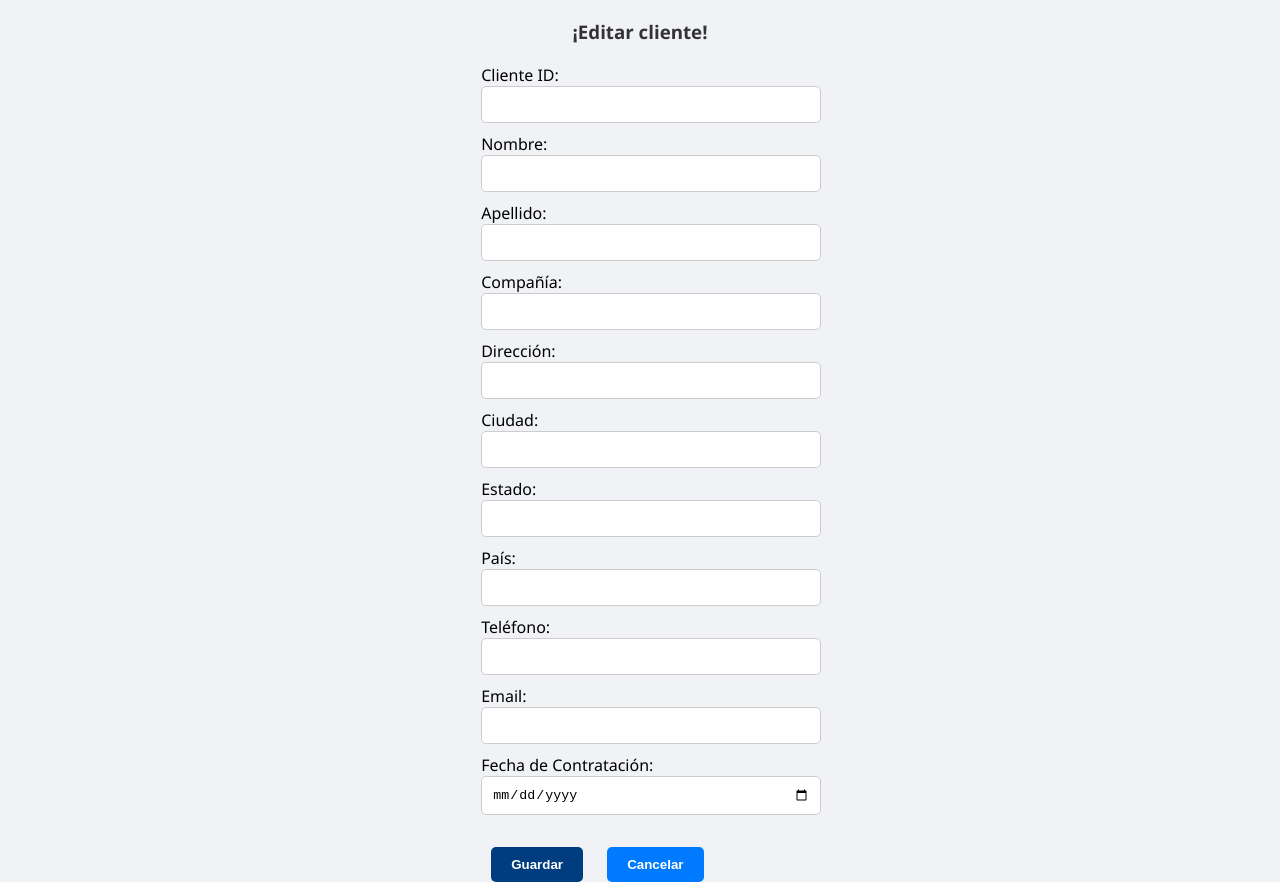
Repository: ANGELEDU141/EXAMEN-PROFE-RAUL
Page: http://localhost/demo/WEB-INF/views/Customer/editar.jsp
An editor plug-in stored every save of this project. The page is shown before and after the next save, followed by the edit.
The browser window is 1280 px wide. The pictures show the whole page.
The first visible `button` is being pressed.
The page is served by Tomcat 9. Nobody is signed in. The template is opened directly, without the code that normally fills it, so the values that code supplies are empty.

Above is the page before, as saved 2024-09-26 02:48:43.

After the next save:
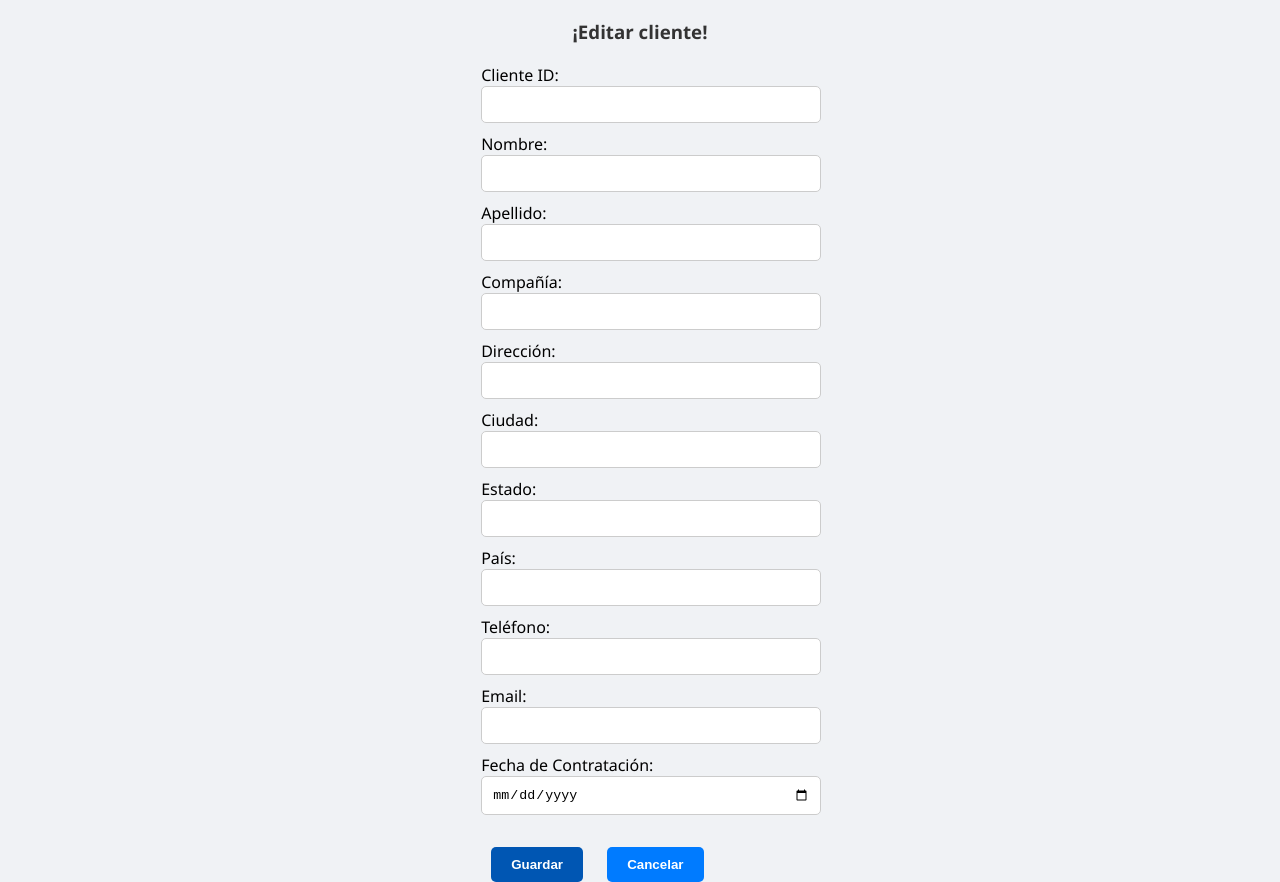
Saved 26 s later.
--- a/demo/src/main/webapp/WEB-INF/views/Customer/editar.jsp
+++ b/demo/src/main/webapp/WEB-INF/views/Customer/editar.jsp
@@ -63,9 +63,6 @@ button:hover {
     background-color: #0056b3;
 }
 
-button:active {
-    background-color: #003d80;
-}
 
 </style>
 </head>
